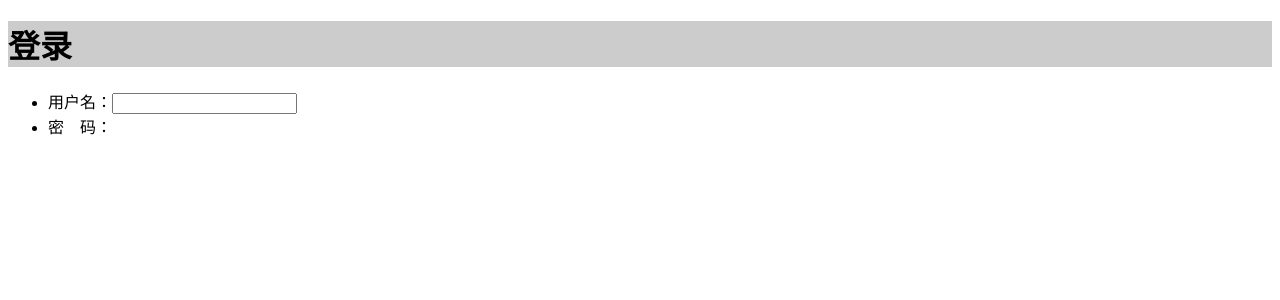
Repository: jiangrongbo/mybatis-blog
Page: http://localhost/exam3/
An editor plug-in stored every save of this project. The page is shown before and after the next save, followed by the edit.
The browser window is 1280 px wide. The pictures show the whole page.
The page is served by Tomcat 9. Other server files are loaded and not shown.

Above is the page before, as saved 2015-06-28 13:12:57.

### exam3/WebContent/index.jsp
<%@ page language="java" contentType="text/html; utf-8"  pageEncoding="utf-8"%>
<!DOCTYPE html PUBLIC "-//W3C//DTD HTML 4.01 Transitional//EN" "http://www.w3.org/TR/html4/loose.dtd">
<html>
<head>
<meta http-equiv="Content-Type" content="text/html; utf-8">
<title>登录页面</title>
<style>
#login h1{
background:#ccc;
}
</style>
</head>
<body>
	<div id="login">
		<h1>登录</h1>
		<ul>
			<li>用户名：<input type="text" name="username"></li>
			<li>密　码：</li>
		</ul>
	</div>
</body>
</html>

After the next save:
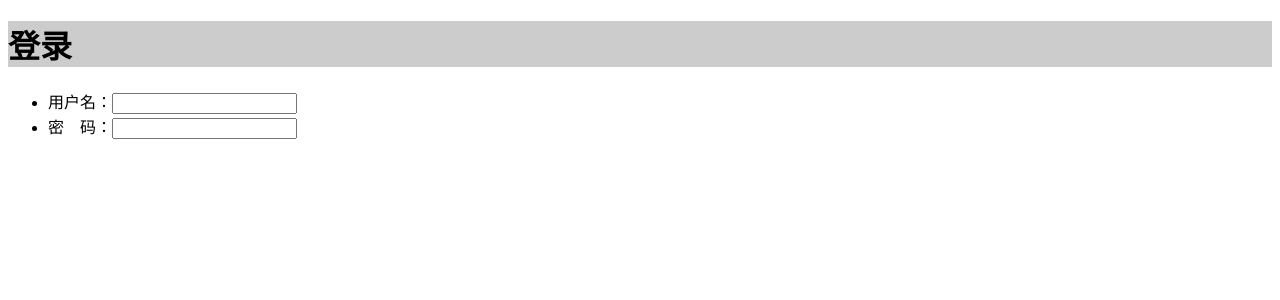
Saved 20 s later.
--- a/exam3/WebContent/index.jsp
+++ b/exam3/WebContent/index.jsp
@@ -15,7 +15,7 @@ background:#ccc;
 		<h1>登录</h1>
 		<ul>
 			<li>用户名：<input type="text" name="username"></li>
-			<li>密　码：</li>
+			<li>密　码：<input type="text" name="password"></li>
 		</ul>
 	</div>
 </body>
